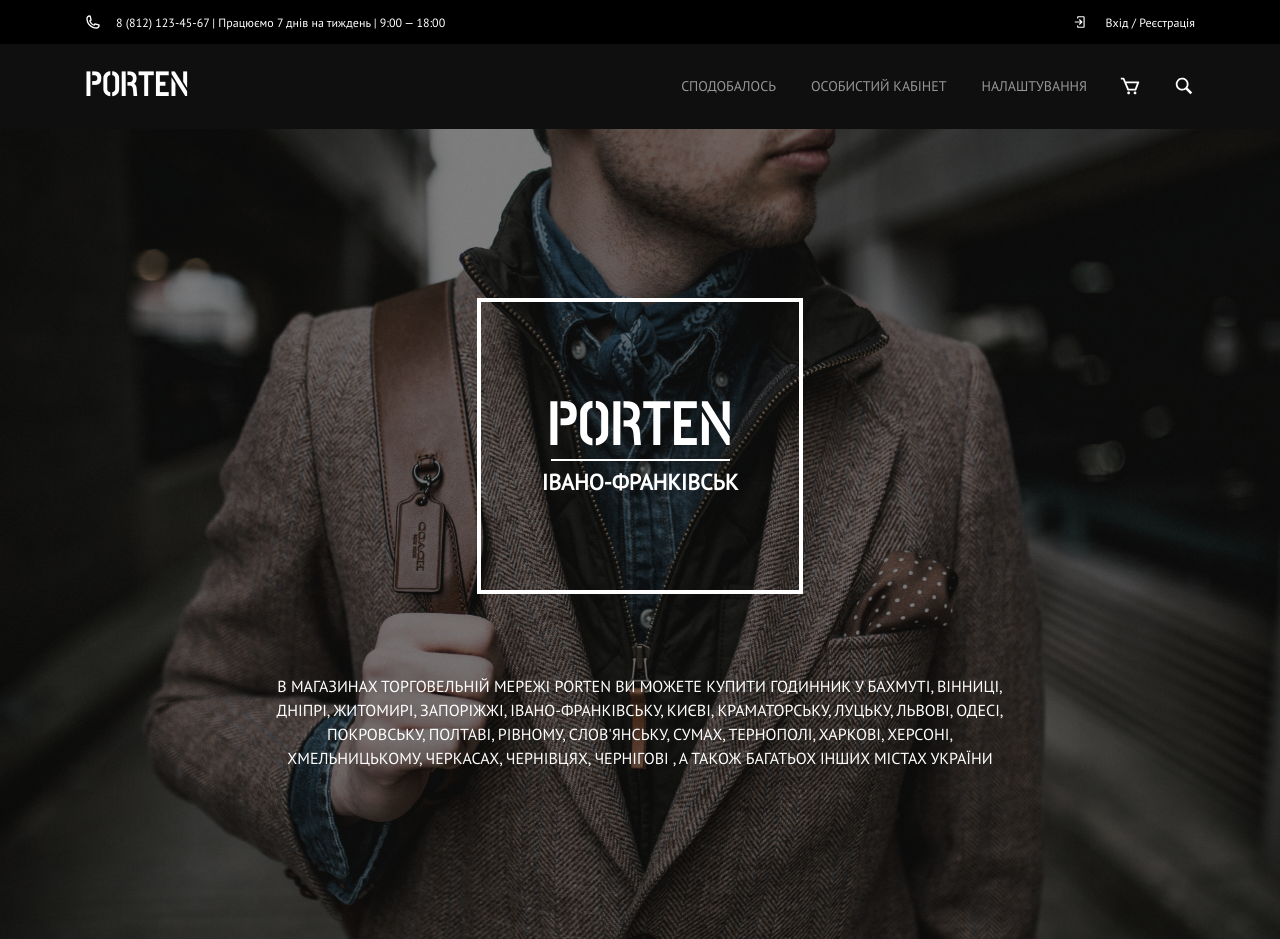
Repository: KYUUBI-K/porten
Page: index.html
These files come from the project's save history. The page is drawn as it stood at one moment and after the next save; the edit follows.
The browser window is 1280 px wide. The pictures show the whole page.

Above is the page before, as saved 2025-09-09 21:52:51.

### index.html
<!DOCTYPE html>
<html lang="en">
  <head>
    <meta charset="UTF-8" />
    <meta name="viewport" content="width=device-width, initial-scale=1.0" />
    <title>Cappadocia</title>
    <link rel="stylesheet" href="./styles.css" />
    <script defer src="./index.js"></script>
  </head>
  <body>
    <header class="header">
      <div class="top-line">
        <div class="wrapper">
          <div class="top-line-content">
            <div class="info">
              <svg
                width="16"
                height="16"
                viewBox="0 0 16 16"
                fill="none"
                xmlns="http://www.w3.org/2000/svg"
              >
                <path
                  d="M11.6 14.6667C8.87817 14.6631 6.26886 13.5803 4.34425 11.6557C2.41964 9.73112 1.33684 7.1218 1.33331 4.39999C1.33331 3.58666 1.65641 2.80665 2.23152 2.23153C2.80663 1.65642 3.58665 1.33333 4.39998 1.33333C4.57221 1.33202 4.74415 1.34765 4.91331 1.37999C5.07685 1.4042 5.23762 1.44439 5.39331 1.49999C5.50281 1.53841 5.60039 1.60475 5.67639 1.69244C5.75239 1.78014 5.80418 1.88615 5.82665 1.99999L6.73998 5.99999C6.7646 6.10857 6.76163 6.22158 6.73136 6.32872C6.70108 6.43585 6.64445 6.5337 6.56665 6.61333C6.47998 6.70666 6.47331 6.71333 5.65331 7.13999C6.30998 8.58057 7.46211 9.73743 8.89998 10.4C9.33331 9.57333 9.33998 9.56666 9.43331 9.47999C9.51294 9.40219 9.61079 9.34556 9.71792 9.31528C9.82506 9.28501 9.93807 9.28204 10.0466 9.30666L14.0466 10.22C14.1568 10.2456 14.2587 10.2988 14.3427 10.3746C14.4267 10.4504 14.49 10.5463 14.5266 10.6533C14.5829 10.8116 14.6253 10.9744 14.6533 11.14C14.6801 11.3075 14.6935 11.477 14.6933 11.6467C14.681 12.4565 14.3488 13.2286 13.7693 13.7944C13.1897 14.3602 12.4099 14.6738 11.6 14.6667V14.6667ZM4.39998 2.66666C3.94081 2.66842 3.50095 2.8516 3.17627 3.17628C2.85158 3.50097 2.6684 3.94083 2.66665 4.39999C2.66841 6.76872 3.61017 9.03992 5.28511 10.7149C6.96005 12.3898 9.23125 13.3316 11.6 13.3333C12.0591 13.3316 12.499 13.1484 12.8237 12.8237C13.1484 12.499 13.3316 12.0592 13.3333 11.6V11.38L10.24 10.6667L10.0466 11.0333C9.74665 11.6133 9.52665 12.0333 8.96665 11.8067C7.8619 11.4112 6.85911 10.7747 6.03114 9.94325C5.20316 9.11181 4.57079 8.10638 4.17998 6.99999C3.93998 6.47999 4.39331 6.23999 4.96665 5.93999L5.33331 5.75999L4.61998 2.66666H4.39998Z"
                  fill="white"
                />
              </svg>
              8 (812) 123-45-67 | Працюємо 7 днів на тиждень | 9:00 — 18:00
            </div>
            <div class="login">
              <svg
                width="14"
                height="14"
                viewBox="0 0 14 14"
                fill="none"
                xmlns="http://www.w3.org/2000/svg"
              >
                <path
                  d="M5.25001 1.16675H10.5C11.1417 1.16675 11.6667 1.69175 11.6667 2.33341V11.6667C11.6667 12.3084 11.1417 12.8334 10.5 12.8334H5.25001C4.60834 12.8334 4.08334 12.3084 4.08334 11.6667V10.5001H5.25001V11.6667H10.5V2.33341H5.25001V3.50008H4.08334V2.33341C4.08334 1.69175 4.60834 1.16675 5.25001 1.16675Z"
                  fill="white"
                />
                <path
                  d="M5.88583 9.09409L6.70833 9.91659L9.625 6.99992L6.70833 4.08325L5.88583 4.90575L7.39083 6.41659H1.75V7.58325H7.39083L5.88583 9.09409Z"
                  fill="white"
                />
              </svg>
              Вхід / Реєстрація
            </div>
          </div>
        </div>
      </div>
      <div class="bot-line">
        <div class="wrapper">
          <div class="bot-line-content">
            <div class="header-logo">PORTEN</div>
            <nav class="header-menu">
              <ul class="header-menu-list">
                <li class="header-menu-item">
                  <a class="header-menu-link" href="#liked">cподобалось</a>
                </li>
                <li class="header-menu-item">
                  <a class="header-menu-link" href="#office"
                    >Особистий кабінет</a
                  >
                </li>
                <li class="header-menu-item">
                  <a class="header-menu-link" href="#settings">налаштування</a>
                </li>
              </ul>
              <svg
                width="22"
                height="22"
                viewBox="0 0 22 22"
                fill="none"
                xmlns="http://www.w3.org/2000/svg"
              >
                <path
                  d="M20.0035 6.81175C19.9192 6.6899 19.8066 6.59031 19.6754 6.5215C19.5441 6.45269 19.3982 6.41672 19.25 6.41667H6.72193L5.66409 3.8775C5.52539 3.54312 5.29052 3.25746 4.98927 3.05673C4.68801 2.856 4.33393 2.74925 3.97193 2.75H1.83334V4.58334H3.97193L8.32059 15.0196C8.39025 15.1866 8.50775 15.3292 8.65831 15.4295C8.80887 15.5298 8.98575 15.5834 9.16668 15.5833H16.5C16.8823 15.5833 17.2242 15.3459 17.3589 14.9893L20.1089 7.656C20.1609 7.51724 20.1785 7.36794 20.1601 7.22091C20.1417 7.07387 20.088 6.93348 20.0035 6.81175ZM15.8648 13.75H9.77809L7.48643 8.25H17.9273L15.8648 13.75Z"
                  fill="white"
                />
                <path
                  d="M9.625 19.25C10.3844 19.25 11 18.6344 11 17.875C11 17.1156 10.3844 16.5 9.625 16.5C8.86561 16.5 8.25 17.1156 8.25 17.875C8.25 18.6344 8.86561 19.25 9.625 19.25Z"
                  fill="white"
                />
                <path
                  d="M16.0417 19.25C16.8011 19.25 17.4167 18.6344 17.4167 17.875C17.4167 17.1156 16.8011 16.5 16.0417 16.5C15.2823 16.5 14.6667 17.1156 14.6667 17.875C14.6667 18.6344 15.2823 19.25 16.0417 19.25Z"
                  fill="white"
                />
              </svg>
              <svg
                width="22"
                height="22"
                viewBox="0 0 22 22"
                fill="none"
                xmlns="http://www.w3.org/2000/svg"
              >
                <path
                  d="M19.25 17.4167L14.5255 12.6922C15.3989 11.3648 15.7488 9.76053 15.5073 8.18999C15.2658 6.61945 14.4501 5.19437 13.2182 4.19068C11.9864 3.18698 10.4259 2.67606 8.83895 2.75684C7.252 2.83762 5.75147 3.50434 4.62788 4.62794C3.50428 5.75153 2.83755 7.25206 2.75678 8.83901C2.676 10.426 3.18692 11.9864 4.19061 13.2183C5.19431 14.4502 6.61939 15.2658 8.18993 15.5073C9.76047 15.7488 11.3648 15.399 12.6922 14.5256L17.4167 19.2501L19.25 17.4167ZM4.58335 9.16675C4.58335 6.6395 6.63944 4.58341 9.16669 4.58341C11.6939 4.58341 13.75 6.6395 13.75 9.16675C13.75 11.694 11.6939 13.7501 9.16669 13.7501C6.63944 13.7501 4.58335 11.694 4.58335 9.16675Z"
                  fill="white"
                />
              </svg>
            </nav>
          </div>
        </div>
      </div>
    </header>
    <section class="banner">
      <div class="banner-box">
        <h1 class="banner-title">PORTEN</h1>
        <h2 class="banner-subtitle">івано-франківськ</h2>
      </div>
      <div class="banner-info">
        В магазинах Торговельній мережі Porten ви можете купити годинник у
        Бахмуті, Вінниці, Дніпрі, Житомирі, Запоріжжі, Івано-Франківську, Києві,
        Краматорську, Луцьку, Львові, Одесі, Покровську, Полтаві, Рівному,
        Слов'янську, Сумах, Тернополі, Харкові, Херсоні, Хмельницькому,
        Черкасах, Чернівцях, Чернігові , а також багатьох інших містах України
      </div>
    </section>
  </body>
</html>

### styles.css
@font-face {
  font-family: "PT Sans";
  src: url("./fonts/PTSans-Regular.woff2") format("woff2");
  font-weight: 400;
  font-style: normal;
  font-display: swap;
}

@font-face {
  font-family: "Playfair Display";
  src: url("./fonts/PlayfairDisplay-Regular.woff2") format("woff2");
  font-weight: 400;
  font-style: normal;
  font-display: swap;
}

@font-face {
  font-family: "Playfair Display";
  src: url("./fonts/PlayfairDisplay-Bold.woff2") format("woff2");
  font-weight: 700;
  font-style: normal;
  font-display: swap;
}

@font-face {
  font-family: "Post No Bills Jaffna";
  src: url("./fonts/PostNoBillsJaffna-Bold.woff2") format("woff2");
  font-weight: 700;
  font-style: normal;
  font-display: swap;
}

html {
  box-sizing: border-box;
}
*,
*::before,
*::after {
  box-sizing: inherit;
  margin: 0;
  padding: 0;
}

:root {
  --color-dark: #000000;
  --color-light-dark: #0f0f0f;
  --color-white: #ffffff;
  --light-gray: #d0d0d0;
  --color-gray: #969696;

  --border: 1px solid var(--color-white);

  --font-family-base: "PT Sans", sans-serif;
  --font-family-accent: "Playfair Display", sans-serif;
  --font-family-logo: "Post No Bills Jaffna", sans-serif;

  --input-height: 47px;
}

body {
  font-size: 14px;
  font-family: var(--font-family-base);
  background-color: var(--color-dark);
  color: var(--color-white);
}

li {
  list-style: none;
}
a {
  text-decoration: none;
  color: inherit;
}
.wrapper {
  margin: 0 auto;
  max-width: 1110px;
}

.top-line-content {
  font-family: var(--font-family-base);
  font-size: 12px;
  display: flex;
  justify-content: space-between;
  padding: 14px 0px;
}
.info {
  display: flex;
  align-items: center;
  column-gap: 15px;
}

.login {
  display: flex;
  align-items: center;
  column-gap: 19px;
}

.bot-line {
  background-color: var(--color-light-dark);
}

.bot-line-content {
  display: flex;
  justify-content: space-between;
  padding: 15px 0 16px 0;
}

.header-menu {
  font-family: var(--font-family-base);
  font-size: 14px;
  color: var(--color-gray);
  display: flex;
  justify-content: space-between;
  gap: 32px;
  align-items: center;
}
.header-menu-list {
  display: flex;
  text-transform: uppercase;
  gap: 35px;
}
.header-logo {
  font-family: var(--font-family-logo);
  font-size: 36px;
}

.banner {
  position: relative;
  display: flex;
  flex-direction: column;
  justify-content: center;
  align-items: center;
  text-align: center;
  text-transform: uppercase;
  min-height: 810px;
  background: linear-gradient(
      0deg,
      rgba(15, 15, 15, 0.5) 0%,
      rgba(15, 15, 15, 0.5) 100%
    ),
    url(/images/Rectangle\ 3.png) lightgray 50% / cover no-repeat;
}
.banner-box {
  margin-bottom: 80px;
  border: 4px solid #fff;
  padding: 93px 61px 94px 61px;
}
.banner-title {
  font-family: var(--font-family-logo);
  font-size: 64px;
  font-weight: 700;
  line-height: 1;
}
.banner-title::after {
  content: "";
  display: block;
  width: 179px;
  height: 2px;
  background: white;
  margin: auto;
}

.banner-subtitle {
  margin-top: 7px;
  font-family: var(--font-family-base);
  font-size: 22px;
}

.banner-info {
  font-family: var(--font-family-base);
  font-size: 16px;
  font-style: normal;
  font-weight: 400;
  line-height: 150%;
  max-width: 730px;
}

### index.js
document.addEventListener("DOMContentLoaded", () => {
  const sliders = document.querySelectorAll(".route-slider, .about-slider");

  sliders.forEach((slider) => {
    const slidesContainer = slider.querySelector(".slides");
    const slides = slider.querySelectorAll(".slide");
    const prevBtn = slider.querySelector(".prev");
    const nextBtn = slider.querySelector(".next");

    let currentIndex = 0;

    function updateSlide() {
      slidesContainer.style.transform = `translateX(-${currentIndex * 100}%)`;
    }

    nextBtn.addEventListener("click", () => {
      currentIndex++;
      if (currentIndex >= slides.length) {
        currentIndex = 0;
      }
      updateSlide();
    });

    prevBtn.addEventListener("click", () => {
      currentIndex--;
      if (currentIndex < 0) {
        currentIndex = slides.length - 1;
      }
      updateSlide();
    });
  });
});

After the next save:
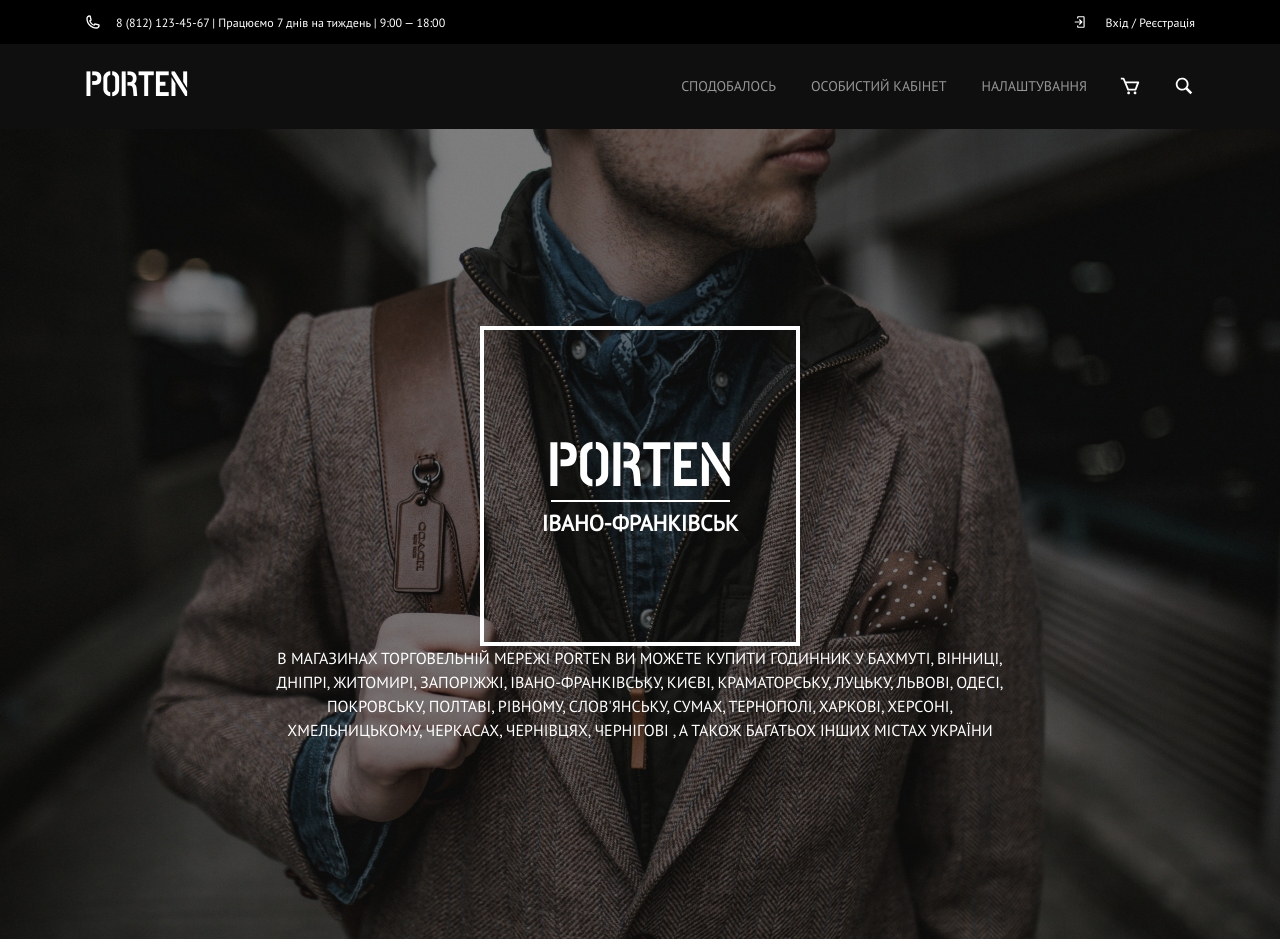
Saved 59 s later.
--- a/styles.css
+++ b/styles.css
@@ -141,9 +141,17 @@
     url(/images/Rectangle\ 3.png) lightgray 50% / cover no-repeat;
 }
 .banner-box {
-  margin-bottom: 80px;
+  /* margin-bottom: 80px;
   border: 4px solid #fff;
-  padding: 93px 61px 94px 61px;
+  padding: 93px 61px 94px 61px; */
+  width: 320px;
+  height: 320px;
+  border: 4px solid #fff; /* білий бордер */
+  display: flex; /* щоб контент був по центру */
+  flex-direction: column;
+  align-items: center;
+  justify-content: center;
+  box-sizing: border-box;
 }
 .banner-title {
   font-family: var(--font-family-logo);
